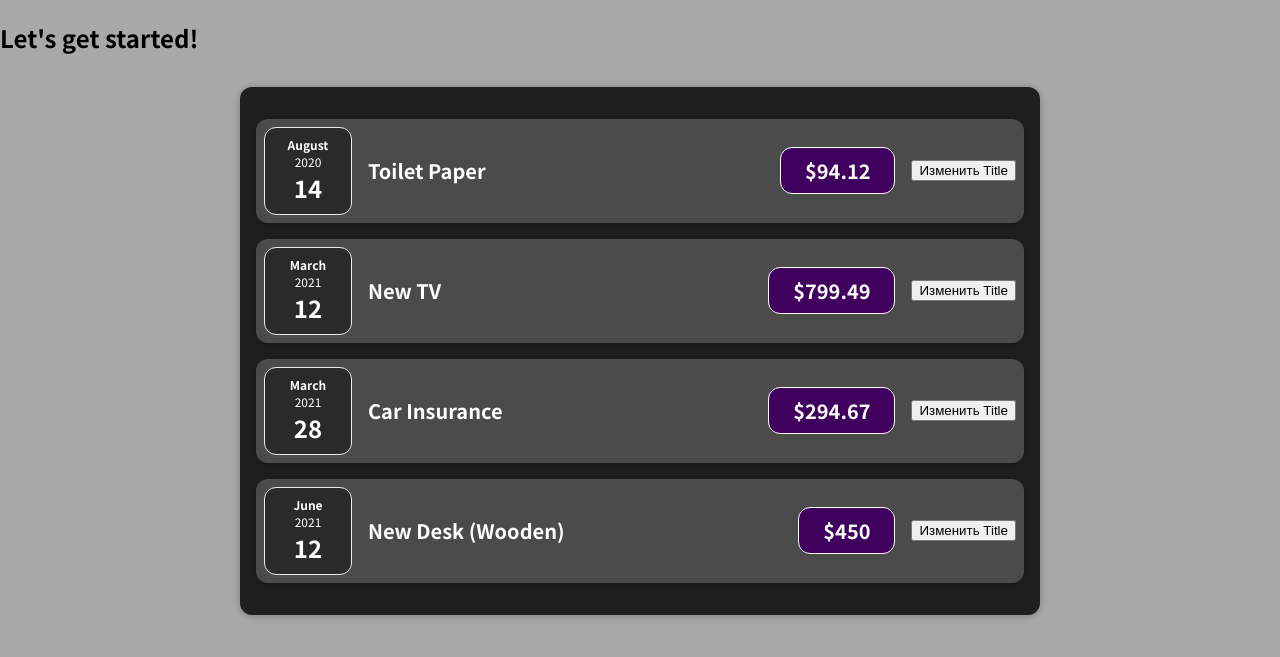
Repository: otvertka/MSC
Page: /
These files come from the project's save history. The page is drawn as it stood at one moment and after a run of saves; the edit follows.
The browser window is 1280 px wide. The pictures show the whole page.
The project was rebuilt for these pictures with package versions that can differ from the ones it lists, and the page was loaded fresh each time.

Above is the page before, as saved 2023-06-22 10:05:32.

After the next 2 saves:
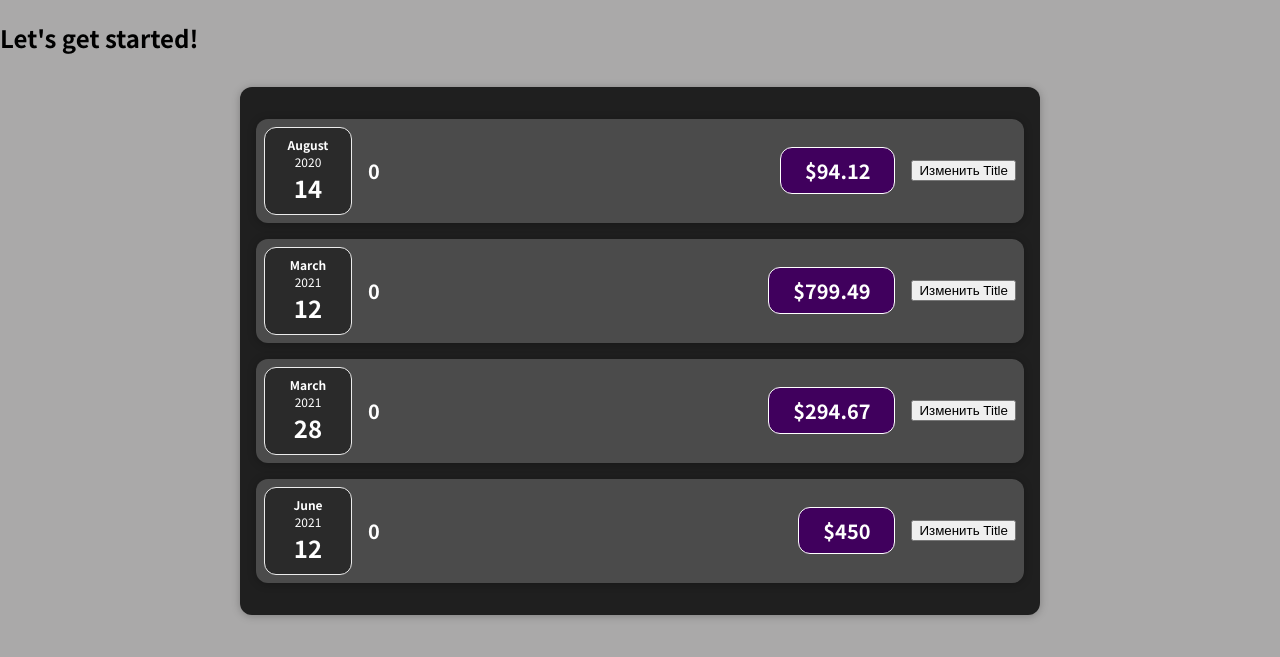
The 2 saves are shown as one change because 1 did not build or start.
The last was saved 20 min 23 s later.
--- a/src/components/Expenses/ExpenseItem.js
+++ b/src/components/Expenses/ExpenseItem.js
@@ -4,10 +4,10 @@
 import "./ExpenseItem.css";
 
 const ExpenseItem = (props) => {
-  const [title, setTitle] = useState(props.title);
+  let [title, setTitle] = useState(0);
 
   const clickHandler = () => {
-    setTitle("Обновили!");
+    setTitle(title++);
     console.log(title);
   };
   return (

After the 3 saves that followed:
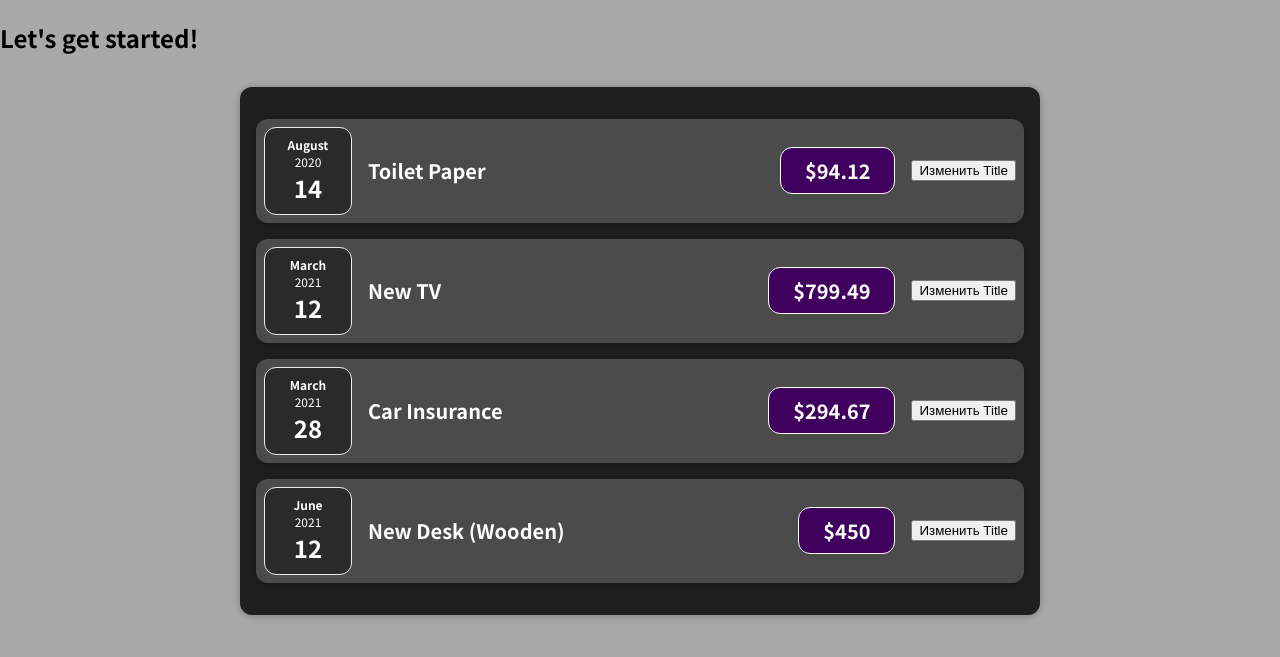
The 3 saves are shown as one change because 2 left the picture as it was.
The last was saved 88 s later.
--- a/src/components/Expenses/ExpenseItem.js
+++ b/src/components/Expenses/ExpenseItem.js
@@ -4,10 +4,10 @@
 import "./ExpenseItem.css";
 
 const ExpenseItem = (props) => {
-  let [title, setTitle] = useState(0);
+  const [title, setTitle] = useState(props.title);
 
   const clickHandler = () => {
-    setTitle(title++);
+    setTitle("Обновили!");
     console.log(title);
   };
   return (
